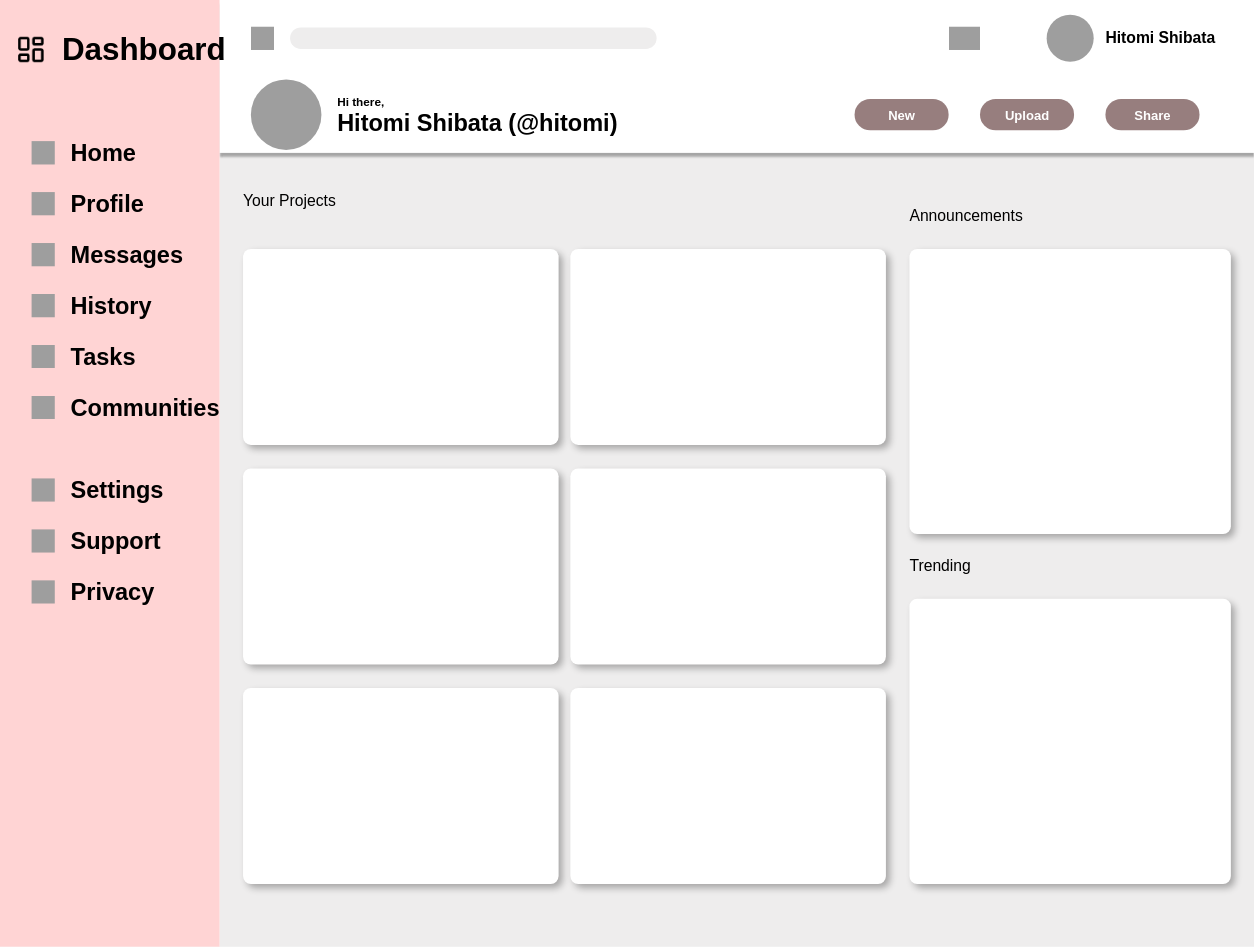
Repository: yeetzpxoci/dashboard
Page: index.html
The author's editor kept a copy of each file at every save. The page is drawn from the files as they stood at one save, then again after the next save.
The browser window is 1280 px wide. The pictures show the whole page, at 98% of full size.
Pictures or frames that could not be fetched are drawn as grey boxes.

Above is the page before, as saved 2023-02-19 13:14:00.

After the next save:
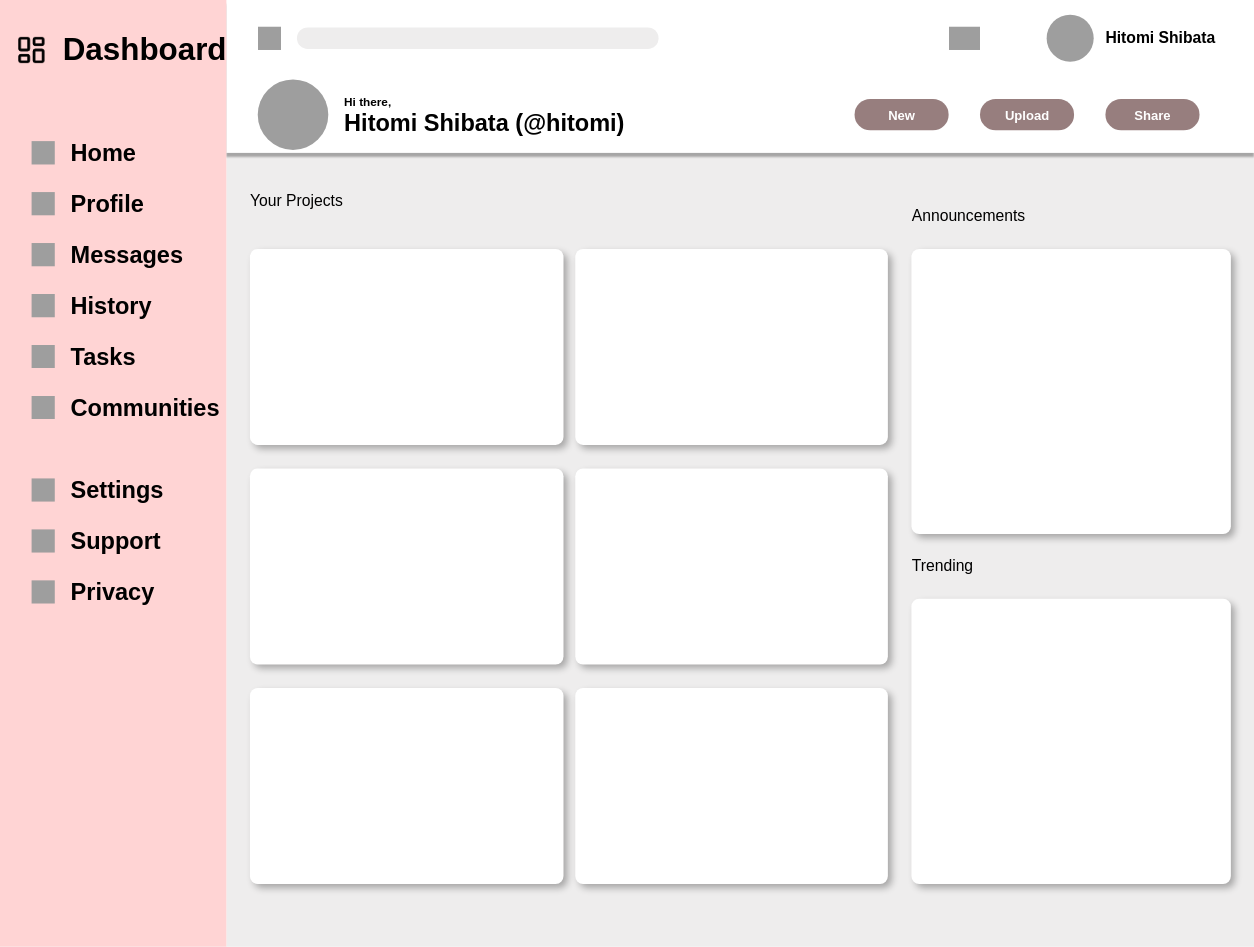
Saved 12 s later.
--- a/styles.css
+++ b/styles.css
@@ -53,7 +53,8 @@ body {
 }
 
 .logo img {
-    width: 15%;
+    width: 32px;
+    height: 32px;
 }
 
 .icon img {
